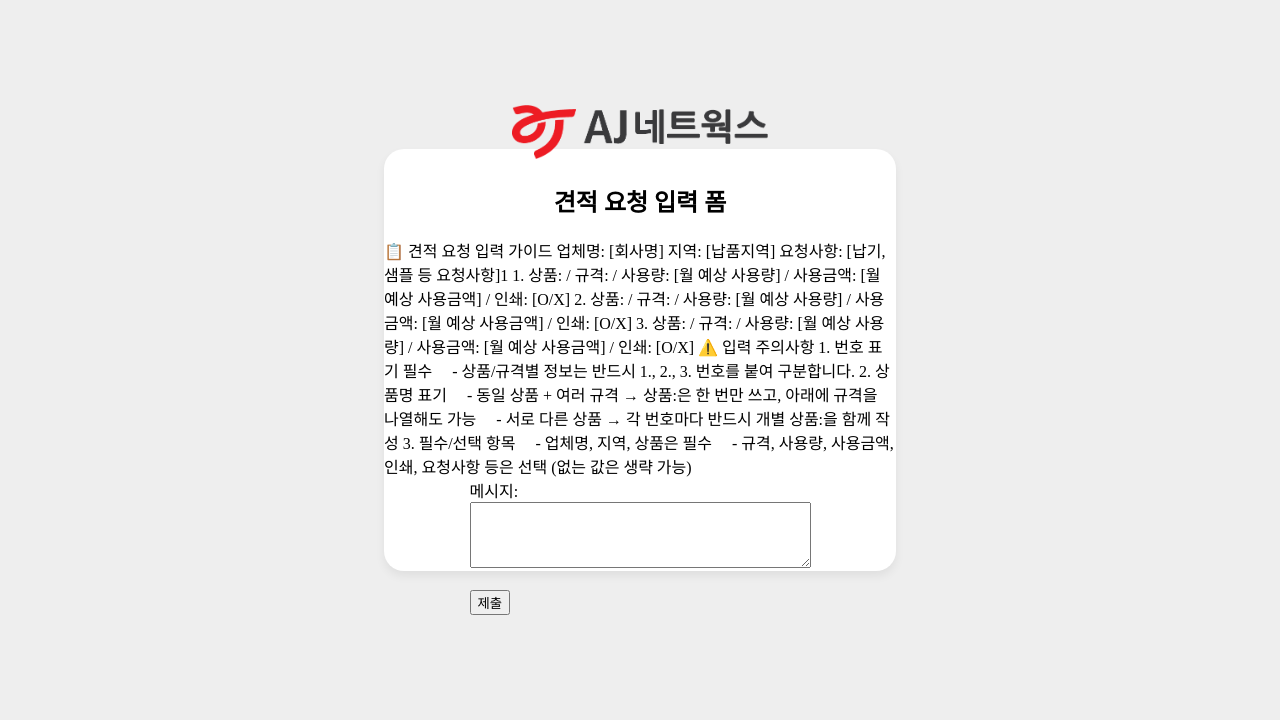
Repository: deul428/logis_test
Page: index.html
The author's editor kept a copy of each file at every save. The page is drawn from the files as they stood at one save, then again after the next save.
The browser window is 1280 px wide. The pictures show the whole page.

Above is the page before, as saved 2025-09-16 16:30:59.

### index.html
<!DOCTYPE html>
<!--
📋 견적 요청 입력 가이드
업체명: [회사명]
지역: [납품지역]
요청사항: [납기, 샘플 등 요청사항]1
1. 상품: / 규격: / 사용량: [월 예상 사용량] / 사용금액: [월 예상 사용금액] / 인쇄: [O/X]
2. 상품: / 규격: / 사용량: [월 예상 사용량] / 사용금액: [월 예상 사용금액] / 인쇄: [O/X]
3. 상품: / 규격: / 사용량: [월 예상 사용량] / 사용금액: [월 예상 사용금액] / 인쇄: [O/X]
⚠️ 입력 주의사항
1. 번호 표기 필수
　- 상품/규격별 정보는 반드시 1., 2., 3. 번호를 붙여 구분합니다.
2. 상품명 표기
　- 동일 상품 + 여러 규격 → 상품:은 한 번만 쓰고, 아래에 규격을 나열해도 가능
　- 서로 다른 상품 → 각 번호마다 반드시 개별 상품:을 함께 작성
3. 필수/선택 항목
　- 업체명, 지역, 상품은 필수
　- 규격, 사용량, 사용금액, 인쇄, 요청사항 등은 선택 (없는 값은 생략 가능) -->
<html lang="ko">
  <head>
    <meta charset="UTF-8" />
    <title>견적 요청 입력 폼</title>
    <link rel="stylesheet" href="./styles/common.css" />
  </head>
  <body>
    <div class="wrap">
      <div class="cntnt_box">
        <div id="header">
          <img class="ci" src="./src/aj_ci.png" />
          <h2>견적 요청 입력 폼</h2>
        </div>
        <div class="desc">
          📋 견적 요청 입력 가이드 업체명: [회사명] 지역: [납품지역] 요청사항:
          [납기, 샘플 등 요청사항]1 1. 상품: / 규격: / 사용량: [월 예상 사용량]
          / 사용금액: [월 예상 사용금액] / 인쇄: [O/X] 2. 상품: / 규격: /
          사용량: [월 예상 사용량] / 사용금액: [월 예상 사용금액] / 인쇄: [O/X]
          3. 상품: / 규격: / 사용량: [월 예상 사용량] / 사용금액: [월 예상
          사용금액] / 인쇄: [O/X] ⚠️ 입력 주의사항 1. 번호 표기 필수 　-
          상품/규격별 정보는 반드시 1., 2., 3. 번호를 붙여 구분합니다. 2. 상품명
          표기 　- 동일 상품 + 여러 규격 → 상품:은 한 번만 쓰고, 아래에 규격을
          나열해도 가능 　- 서로 다른 상품 → 각 번호마다 반드시 개별 상품:을
          함께 작성 3. 필수/선택 항목 　- 업체명, 지역, 상품은 필수 　- 규격,
          사용량, 사용금액, 인쇄, 요청사항 등은 선택 (없는 값은 생략 가능)
        </div>
        <form
          action="https://script.google.com/macros/s/AKfycbyESb1KUxhOgQ5UTyN0MpZ60M58zPHeCYOO1GqmPEVj-nxr4UC2_Zn-7jsWHzjFgWuW/exec"
          method="post"
        >
          <label>메시지:</label><br />
          <textarea name="message" rows="4" cols="40"></textarea><br /><br />
          <button type="submit">제출</button>
        </form>
      </div>
    </div>
  </body>
</html>

### styles/common.css
html,
body {
  width: 100dvw;
  height: 100dvh;
  overflow: hidden;
  background: #eee;
  display: flex;
  justify-content: center;
  align-items: center;
  flex-direction: column;
}
.wrap {
  width: 40%;
  height: 60%;
  background: white;
  border-radius: 20px;
  box-shadow: 0 5px 10px 0 rgba(0, 0, 0, 0.064);
}
.cntnt_box {
  width: 100%;
  height: 100%;
  display: flex;
  justify-content: center;
  align-items: center;
  flex-direction: column;
}
#header {
  text-align: center;
  width: 20dvw;
}
.ci {
  width: 100%;
}

After the next save:
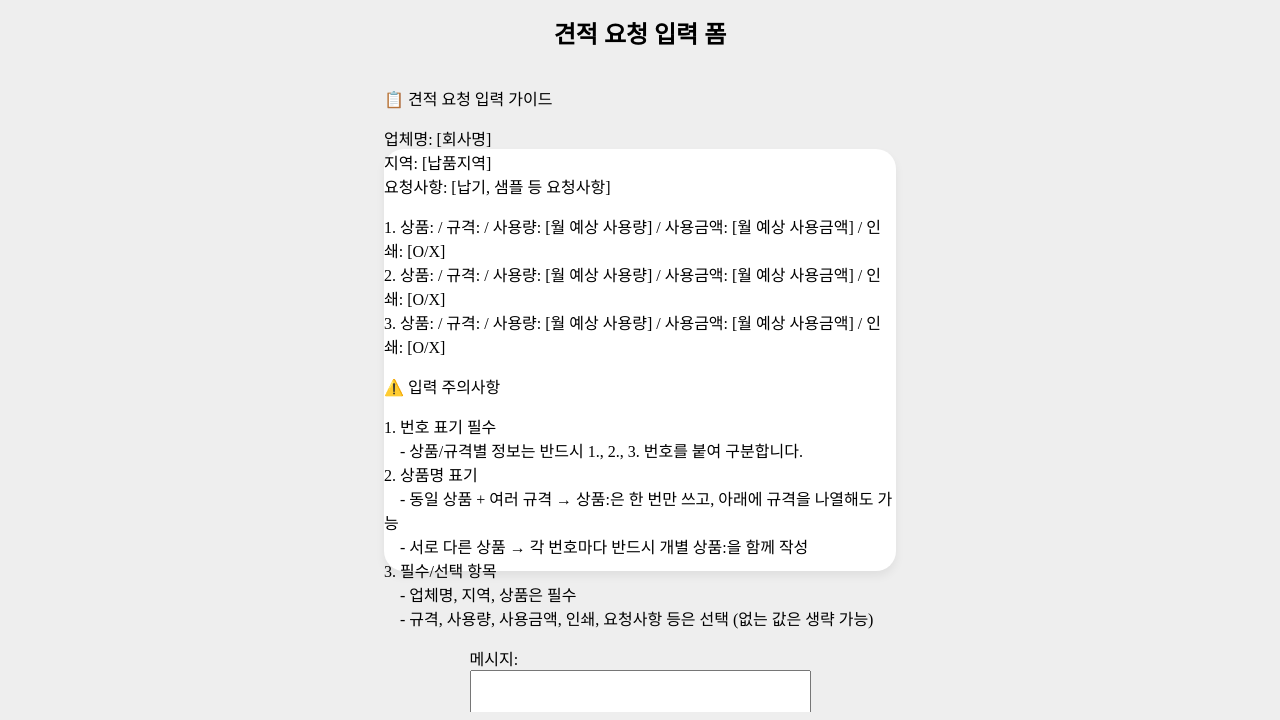
Saved 61 s later.
--- a/index.html
+++ b/index.html
@@ -30,17 +30,35 @@
           <h2>견적 요청 입력 폼</h2>
         </div>
         <div class="desc">
-          📋 견적 요청 입력 가이드 업체명: [회사명] 지역: [납품지역] 요청사항:
-          [납기, 샘플 등 요청사항]1 1. 상품: / 규격: / 사용량: [월 예상 사용량]
-          / 사용금액: [월 예상 사용금액] / 인쇄: [O/X] 2. 상품: / 규격: /
-          사용량: [월 예상 사용량] / 사용금액: [월 예상 사용금액] / 인쇄: [O/X]
-          3. 상품: / 규격: / 사용량: [월 예상 사용량] / 사용금액: [월 예상
-          사용금액] / 인쇄: [O/X] ⚠️ 입력 주의사항 1. 번호 표기 필수 　-
-          상품/규격별 정보는 반드시 1., 2., 3. 번호를 붙여 구분합니다. 2. 상품명
-          표기 　- 동일 상품 + 여러 규격 → 상품:은 한 번만 쓰고, 아래에 규격을
-          나열해도 가능 　- 서로 다른 상품 → 각 번호마다 반드시 개별 상품:을
-          함께 작성 3. 필수/선택 항목 　- 업체명, 지역, 상품은 필수 　- 규격,
-          사용량, 사용금액, 인쇄, 요청사항 등은 선택 (없는 값은 생략 가능)
+          <p>📋 견적 요청 입력 가이드</p>
+          <p>
+            업체명: [회사명]<br />
+            지역: [납품지역]<br />
+            요청사항: [납기, 샘플 등 요청사항]
+          </p>
+
+          <p>
+            1. 상품: / 규격: / 사용량: [월 예상 사용량] / 사용금액: [월 예상
+            사용금액] / 인쇄: [O/X]<br />
+            2. 상품: / 규격: / 사용량: [월 예상 사용량] / 사용금액: [월 예상
+            사용금액] / 인쇄: [O/X]<br />
+            3. 상품: / 규격: / 사용량: [월 예상 사용량] / 사용금액: [월 예상
+            사용금액] / 인쇄: [O/X]
+          </p>
+
+          <p>⚠️ 입력 주의사항</p>
+          <p>
+            1. 번호 표기 필수<br />
+            　- 상품/규격별 정보는 반드시 1., 2., 3. 번호를 붙여 구분합니다.<br />
+            2. 상품명 표기<br />
+            　- 동일 상품 + 여러 규격 → 상품:은 한 번만 쓰고, 아래에 규격을
+            나열해도 가능<br />
+            　- 서로 다른 상품 → 각 번호마다 반드시 개별 상품:을 함께 작성<br />
+            3. 필수/선택 항목<br />
+            　- 업체명, 지역, 상품은 필수<br />
+            　- 규격, 사용량, 사용금액, 인쇄, 요청사항 등은 선택 (없는 값은 생략
+            가능)
+          </p>
         </div>
         <form
           action="https://script.google.com/macros/s/AKfycbyESb1KUxhOgQ5UTyN0MpZ60M58zPHeCYOO1GqmPEVj-nxr4UC2_Zn-7jsWHzjFgWuW/exec"
